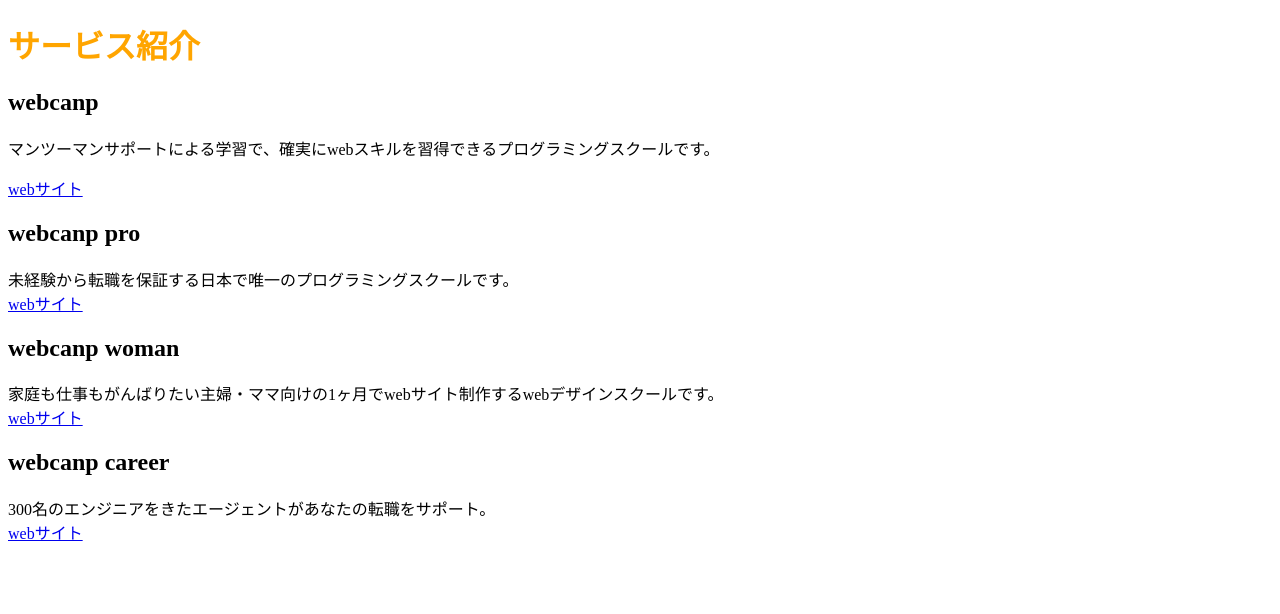
Repository: itoudaiki/git-practice
Page: sample/sample.html
The author's editor kept a record of every edit. The page is drawn from the files as they stood at one moment, then again after the next edit.
The browser window is 1280 px wide. The pictures show the whole page.

Above is the page before.

### sample/sample.html
<!DOCTYPE HTML>
<html lang="ja">
  <head>
    <meta charset="UTF-8" />
    <title>初めてのHTML</title>
    <link rel="stylesheet" href="style.css" />
  </head>
  <h1>サービス紹介</h1>
  <body>
  <h2>webcanp</h2>
  <p>マンツーマンサポートによる学習で、確実にwebスキルを習得できるプログラミングスクールです。</p>
  <a href="https://web-camp.io/">webサイト</a>
   <h2>webcanp pro</h2>
  <a>未経験から転職を保証する日本で唯一のプログラミングスクールです。</a>
  <br>
  <a href="https://web-camp.io/">webサイト</a>
  <h2>webcanp woman</h2>
  <a>家庭も仕事もがんばりたい主婦・ママ向けの1ヶ月でwebサイト制作するwebデザインスクールです。</a>
  <br>
  <a href="https://web-camp.io/">webサイト</a>
  <h2>webcanp career</h2>
  <a>300名のエンジニアをきたエージェントがあなたの転職をサポート。</a>
  <br>
  <a href="https://web-camp.io/">webサイト</a>
  </body>
</html>

### sample/style.css
h1 {
    color:orange;
}

After the next edit:
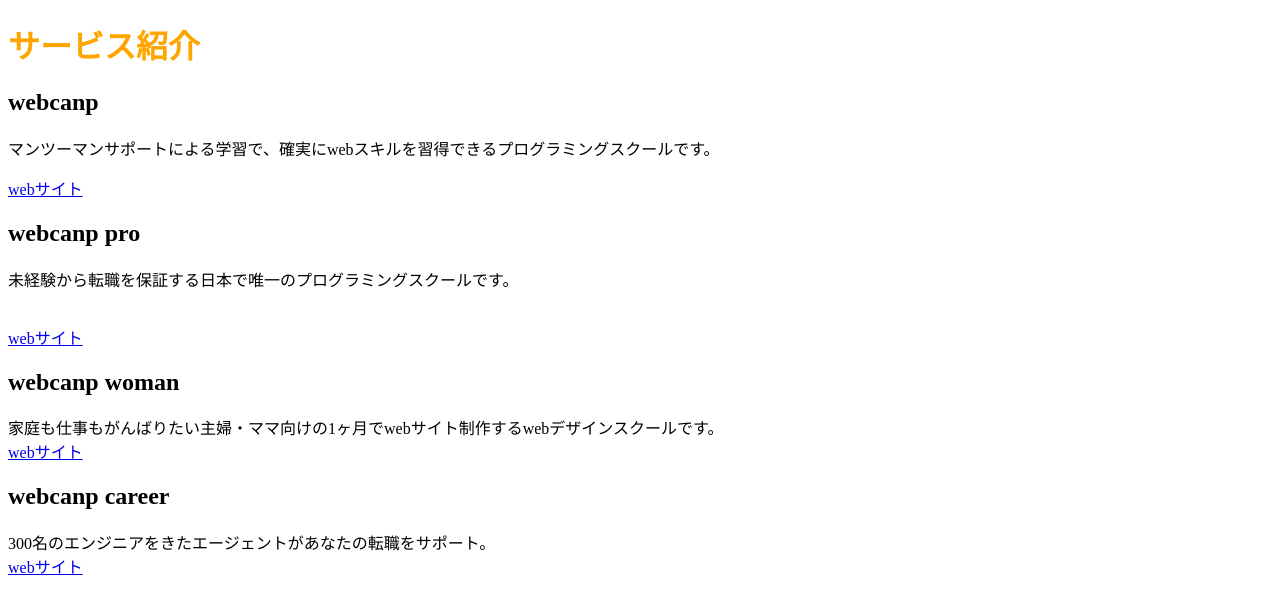
The edit:
--- a/sample/sample.html
+++ b/sample/sample.html
@@ -11,7 +11,7 @@
   <p>マンツーマンサポートによる学習で、確実にwebスキルを習得できるプログラミングスクールです。</p>
   <a href="https://web-camp.io/">webサイト</a>
    <h2>webcanp pro</h2>
-  <a>未経験から転職を保証する日本で唯一のプログラミングスクールです。</a>
+  <p>未経験から転職を保証する日本で唯一のプログラミングスクールです。</p>
   <br>
   <a href="https://web-camp.io/">webサイト</a>
   <h2>webcanp woman</h2>
